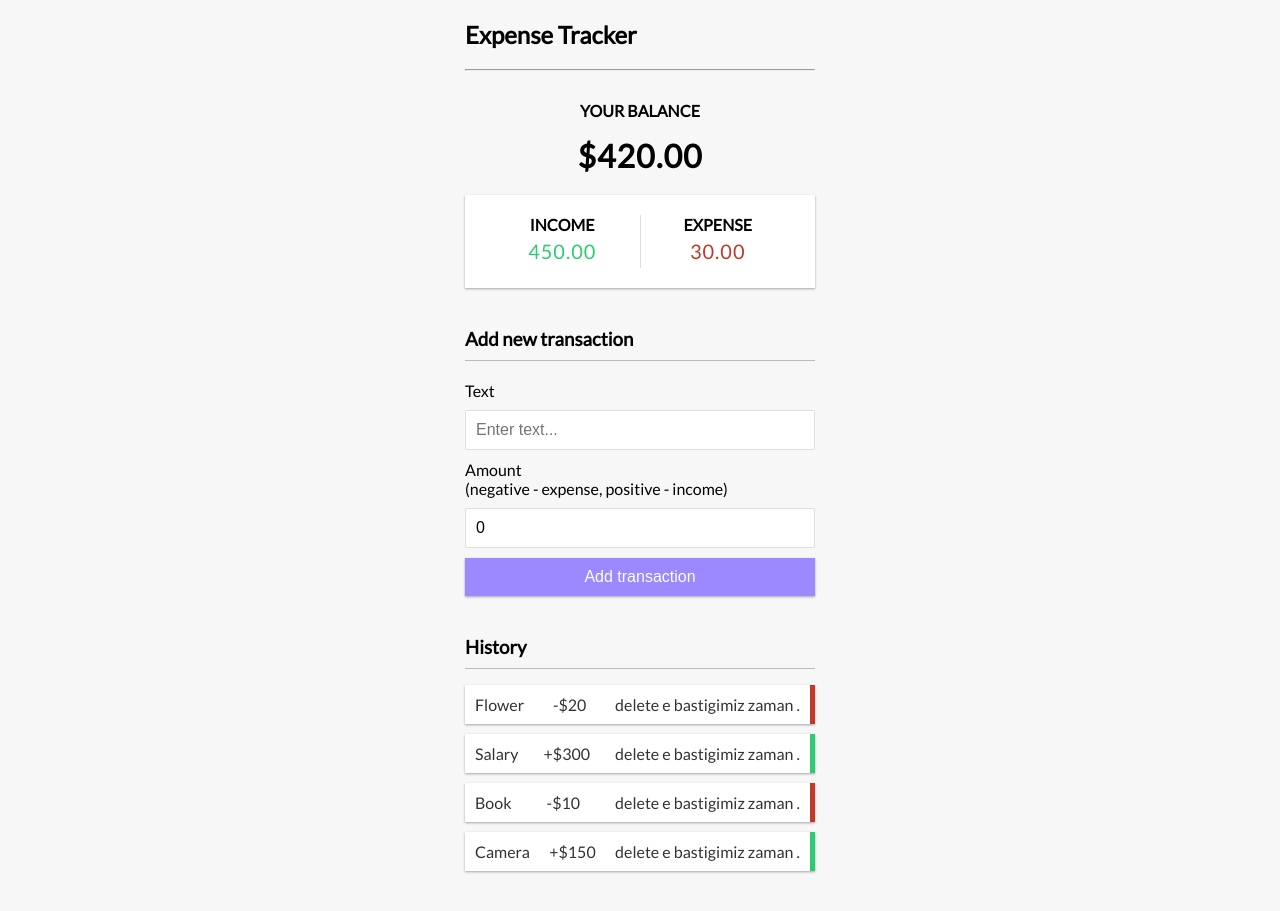
Repository: halilgoksu/js-react-expence-tracker
Page: /
These files come from the project's save history. The page is drawn as it stood at one moment and after the next save; the edit follows.
The browser window is 1280 px wide. The pictures show the whole page.
The project was rebuilt for these pictures with package versions that can differ from the ones it lists, and the page was loaded fresh each time.

Above is the page before, as saved 2023-01-02 14:09:16.

After the next save:
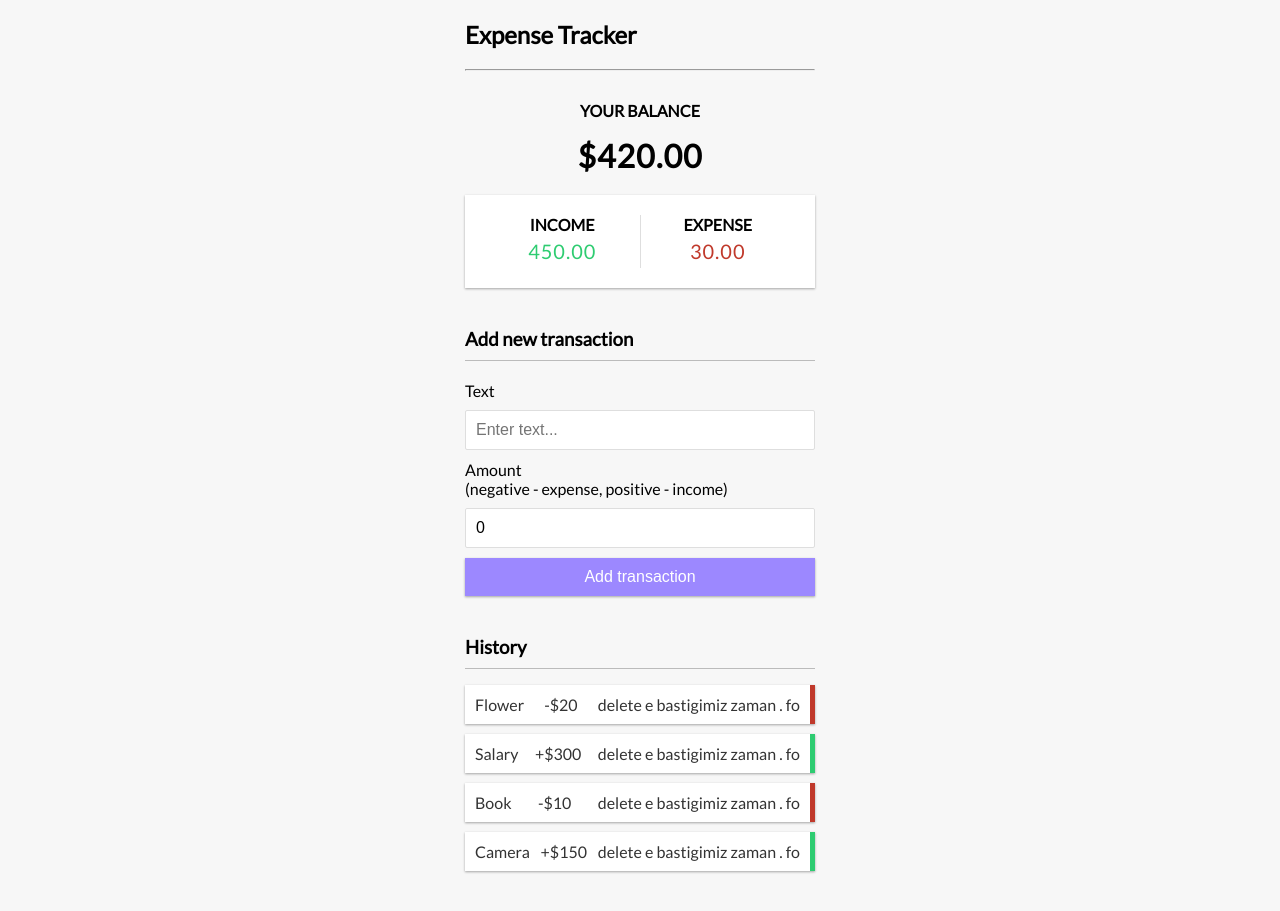
Saved 9 s later.
--- a/src/components/Transaction.js
+++ b/src/components/Transaction.js
@@ -25,7 +25,7 @@ export const  Transaction = ({ transaction }) => {
       >
         x
       </button>
-      delete e bastigimiz zaman .
+      delete e bastigimiz zaman . fo
     </li>
   );
 };
